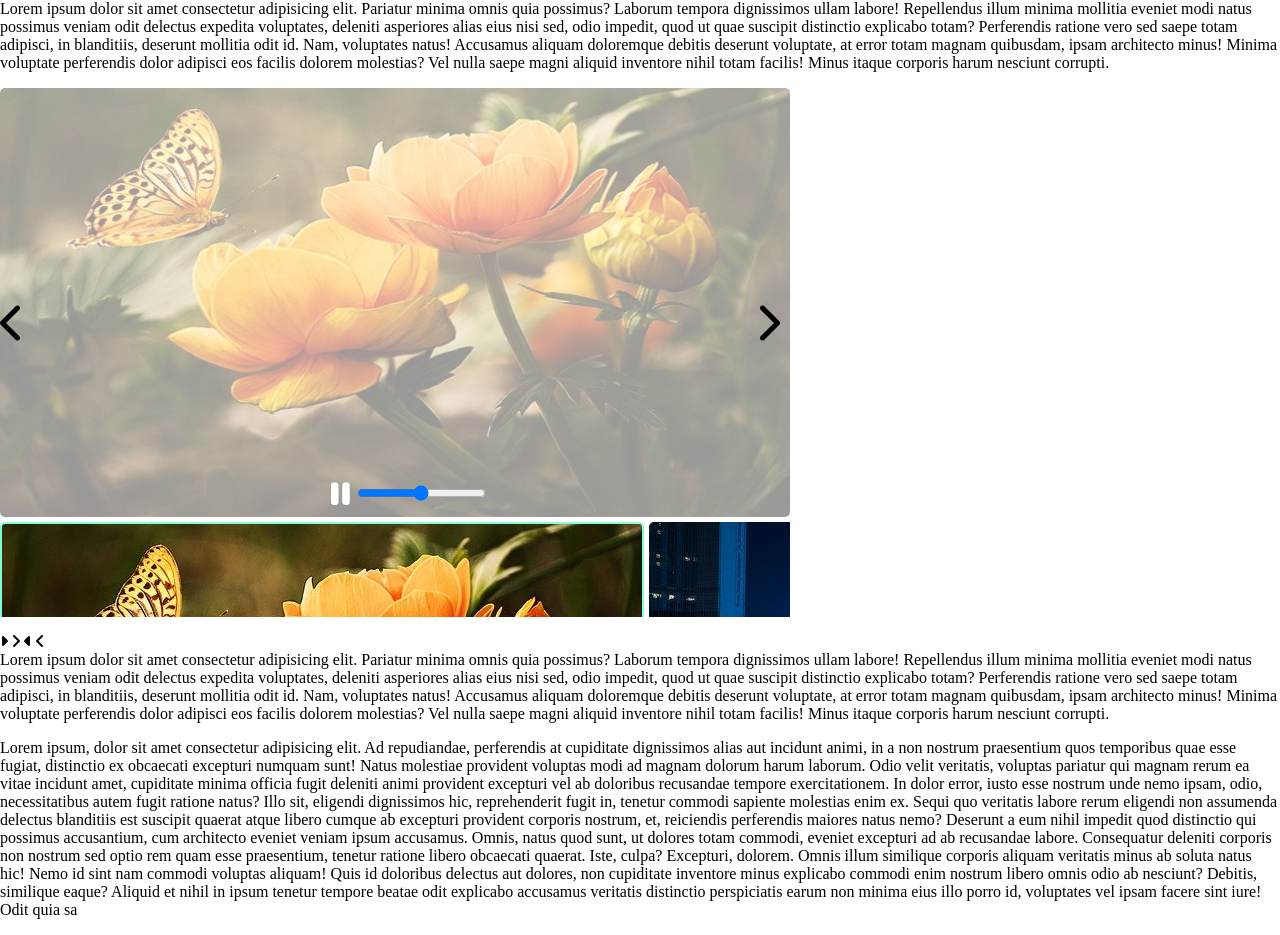
Repository: StevieC87/ASSIGNMENT3
Page: Slideshow/imgGallery.html
These files come from the project's save history. The page is drawn as it stood at one moment and after the next save; the edit follows.
The browser window is 1280 px wide. The pictures show the whole page.

Above is the page before, as saved 2022-02-27 23:51:14.

After the next save:
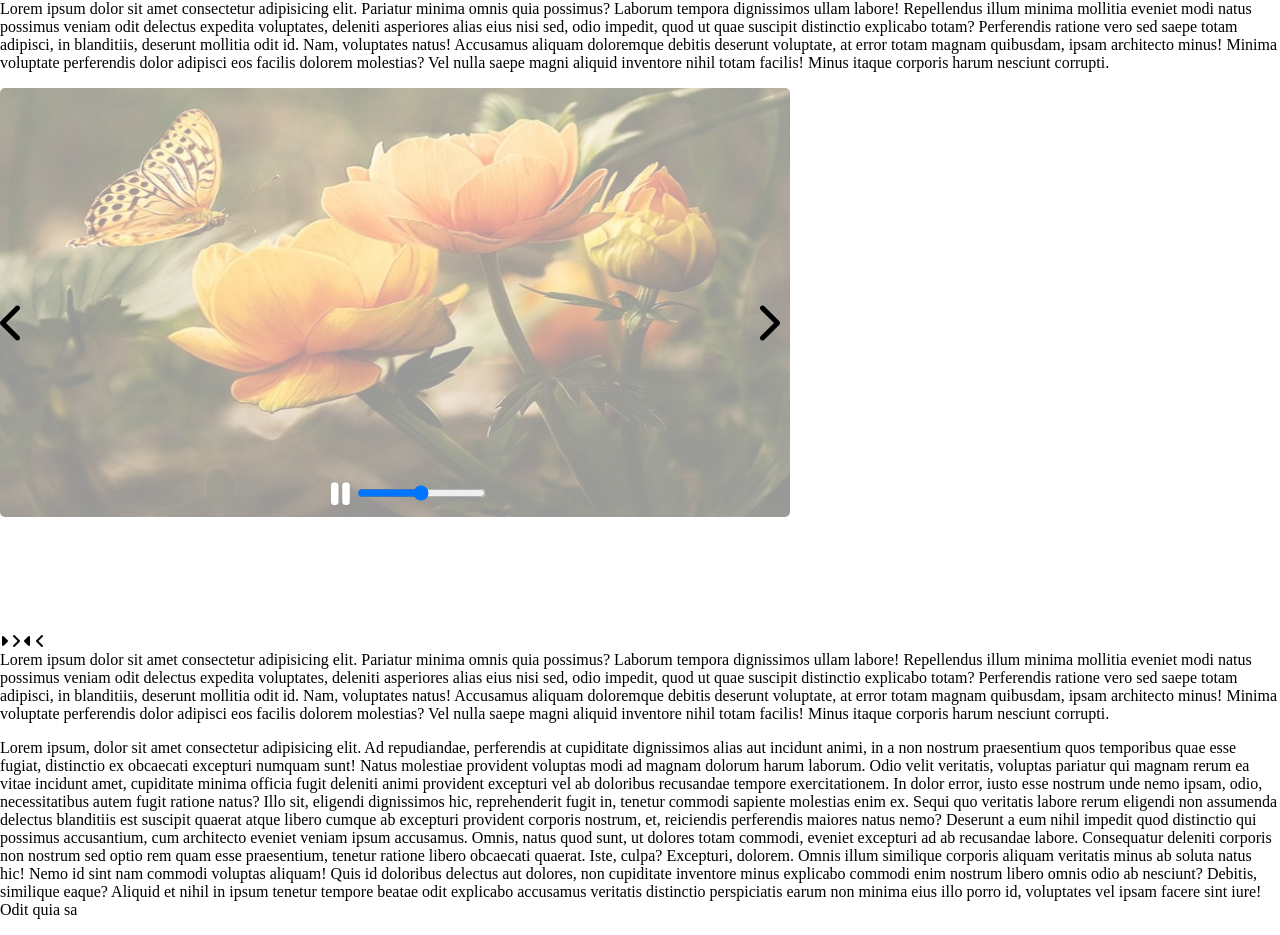
Console error: ReferenceError: slideDynamicNew is not defined
Saved 4 min 32 s later.
--- a/Slideshow/imgGallery.js
+++ b/Slideshow/imgGallery.js
@@ -58,21 +58,40 @@ function thumbnails(imgsarray) {
         const startdelay = setTimeout(() => {
             //get image orientation, and set class
             //create img object
-            let img = document.createElement('img');
-            img.src = `${myImages[index]}`;   //gets src from array index
-            //pass img to function to get orientation
-            let orientation = getImgOrientReturnClass(img);
-            let orientationthumb;
-            //set css class, depending on result
-            if (orientation === 'portrait') {
-                orientationthumb = 'thumb-portrait';
-            }
-            else if (orientation === 'landscape') {
-                orientationthumb = 'thumb-landscape'
-            }
-            let imgid = 'thumb' + index; //create new imgid
-            let slideDynamicNew = `<img id="${imgid}" class="thumb ${orientationthumb}" src="${myImages[index]}">`; //create img with template literal
-            //create div to put new img as innerHTML, then append it thumbnail container
+
+
+            let myPromise = new Promise(function (myResolve, myReject) {
+
+                let img = document.createElement('img');
+                img.src = `${myImages[index]}`;   //gets src from array index
+                //pass img to function to get orientation
+                let orientation = getImgOrientReturnClass(img);
+                let orientationthumb;
+                //set css class, depending on result
+                if (orientation === 'portrait') {
+                    orientationthumb = 'thumb-portrait';
+                }
+                else if (orientation === 'landscape') {
+                    orientationthumb = 'thumb-landscape'
+                }
+                let imgid = 'thumb' + index; //create new imgid
+                let slideDynamicNew = `<img id="${imgid}" class="thumb ${orientationthumb}" src="${myImages[index]}">`; //create img with template literal
+                //create div to put new img as innerHTML, then append it thumbnail container
+                if (orientationthumb) {
+                    // if (x == 0) {
+                    myResolve("OK");
+                } else {
+                    myReject("Error");
+                }
+            });
+
+            myPromise.then(
+                function (value) { myDisplayer(value); },
+                function (error) { myDisplayer(error); }
+            );
+
+
+
 
             let divfirst = document.createElement('div');
             divfirst.innerHTML = slideDynamicNew;
